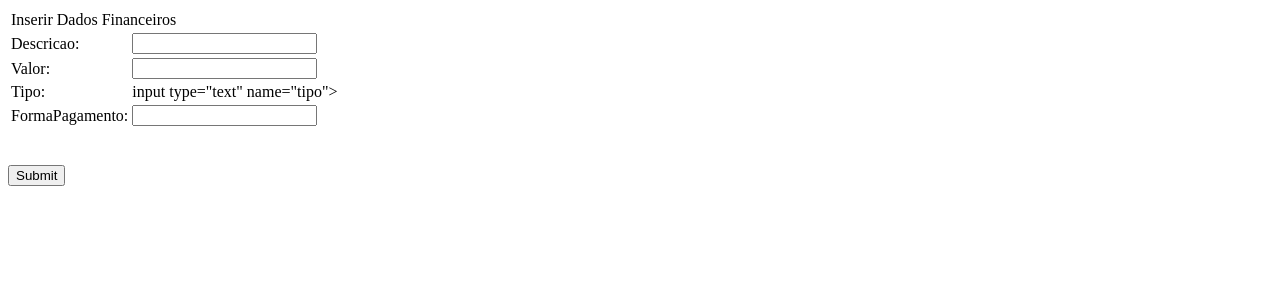
Repository: TadeuN1/PersonalProject-mySQL-eclipseIDE
Page: Movimentacoes/src/main/webapp/InfoMovimentacoes.html
An editor plug-in stored every save of this project. The page is shown before and after the next save, followed by the edit.
The browser window is 1280 px wide. The pictures show the whole page.

Above is the page before, as saved 2023-06-28 20:26:27.

After the next save:
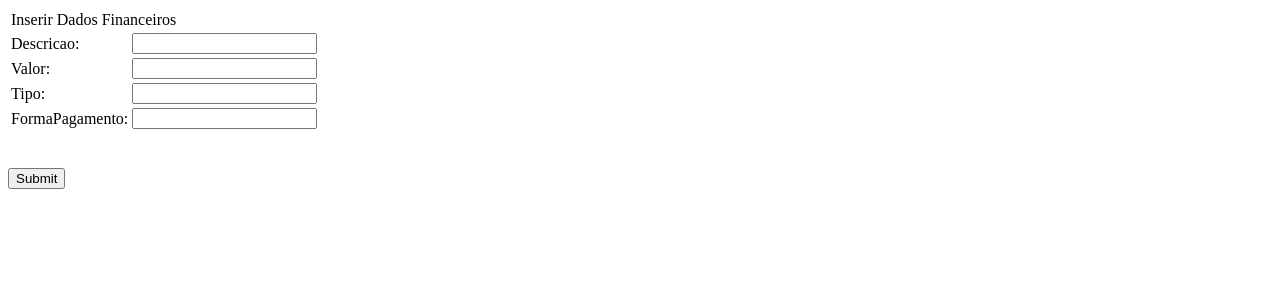
Saved 32 s later.
--- a/Movimentacoes/src/main/webapp/InfoMovimentacoes.html
+++ b/Movimentacoes/src/main/webapp/InfoMovimentacoes.html
@@ -22,7 +22,7 @@
 		</tr>
 		<tr>
 			<td>Tipo:</td>
-			<td>input type="text" name="tipo"></td>
+			<td><input type="text" name="tipo"></td>
 		</tr>
 		<tr>
 		<td>FormaPagamento:</td>
